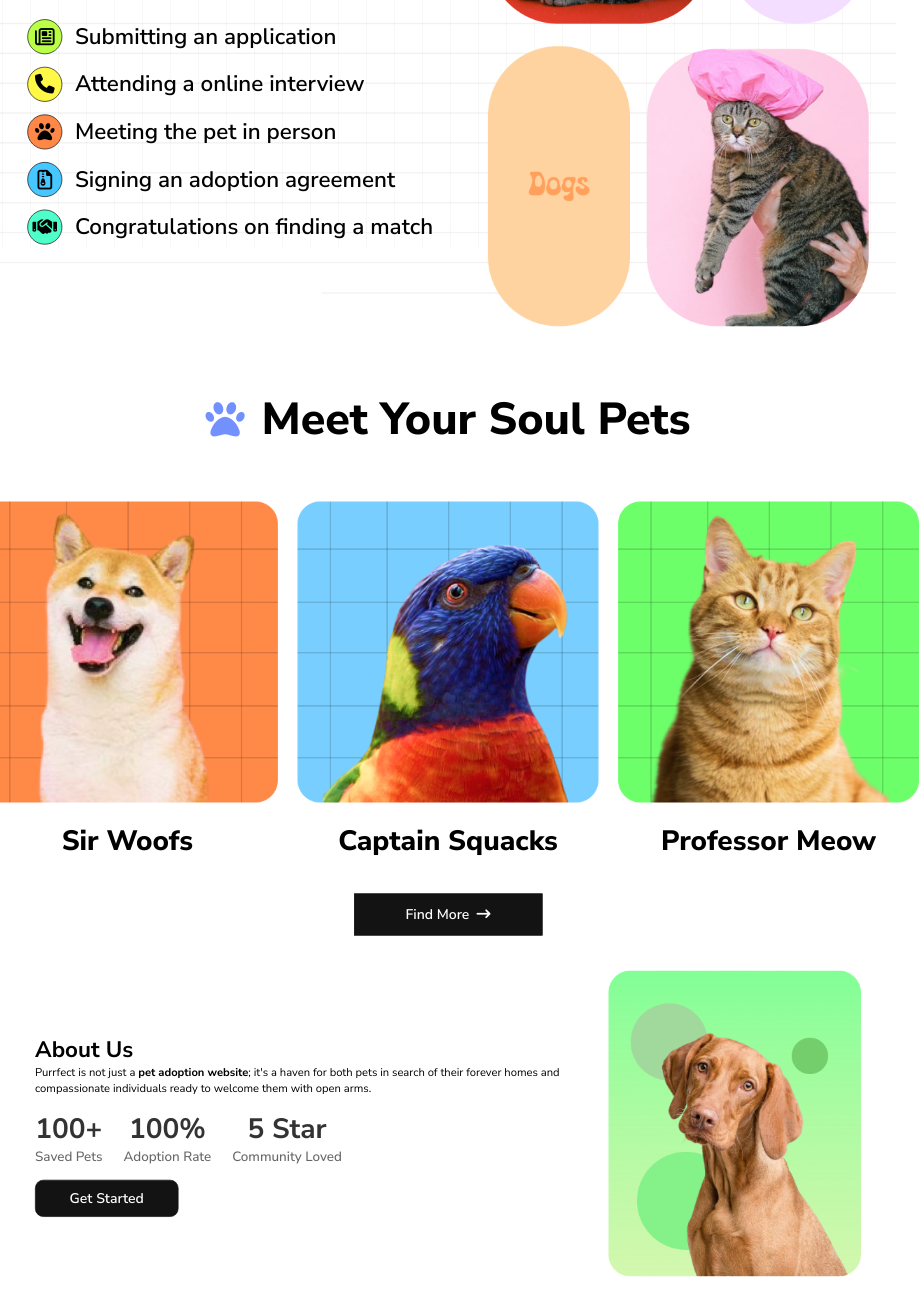
Repository: prashidika/purrfect-pet-adoption
Page: index.html
An editor plug-in stored every save of this project. The page is shown before and after the next save, followed by the edit.
The browser window is 1280 px wide. The page is 1313 px wide, so the pictures cover 1313 px, including what lies to the right of the window. The pictures show the part of the page from y = 1368 to 3248 px (the page is 3248 px tall), at 70% of full size.
Some web libraries are served in a nearby version.

Above is the page before, as saved 2025-08-27 23:11:18.

After the next save:
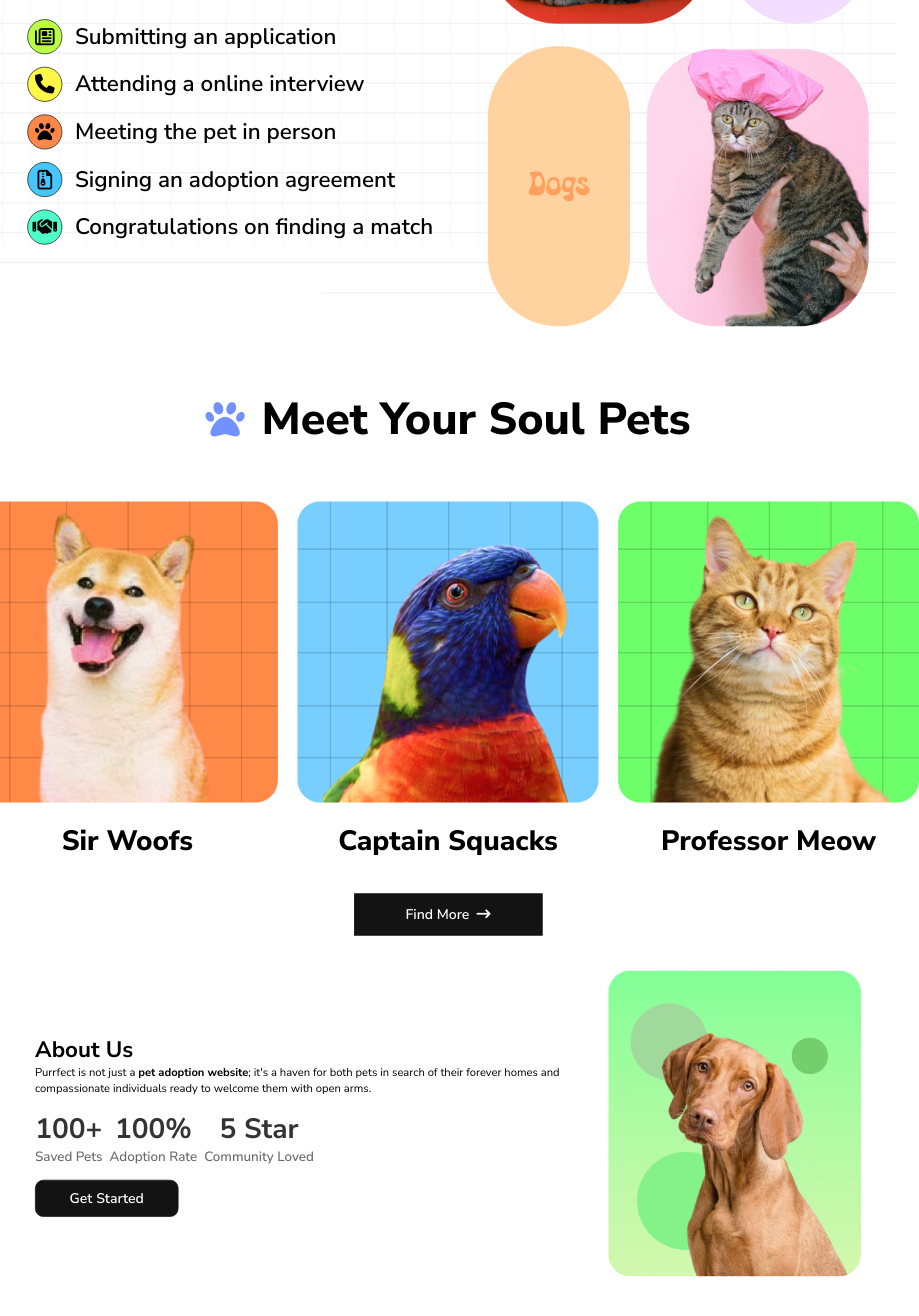
Saved 26 min 20 s later.
--- a/style.css
+++ b/style.css
@@ -336,7 +336,7 @@ nav.sticky {
 
 .about-info-container {
     display: flex;
-    gap: 30px;
+    gap: 10px;
     /* space between each info item */
     margin: 20px 0;
 }
